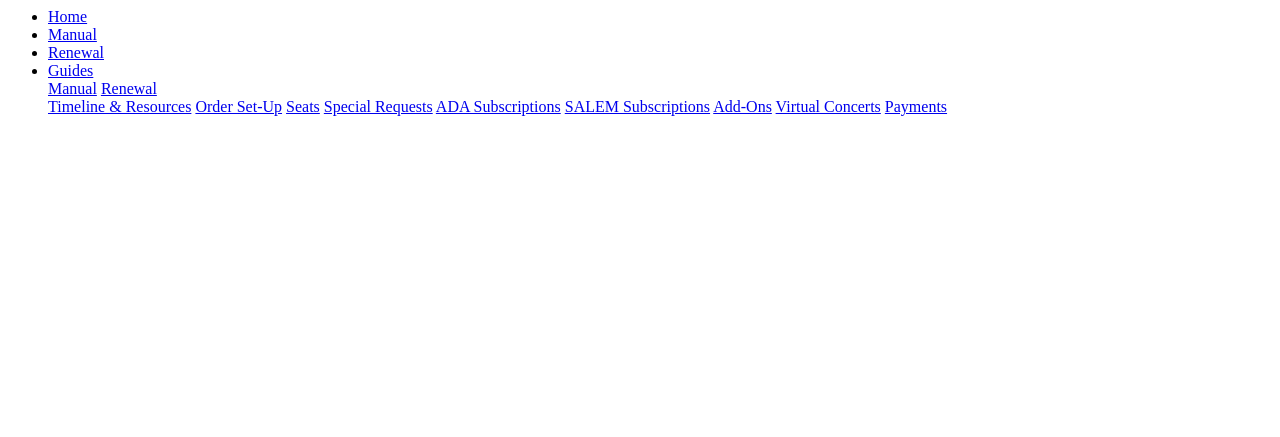
Repository: muesinga/ticketoffice-dot-info
Page: components/nav.html
These files come from the project's save history. The page is drawn as it stood at one moment and after a run of saves; the edit follows.
The browser window is 1280 px wide. The pictures show the whole page.

Above is the page before, as saved 2022-06-10 12:32:19.

### components/nav.html
<nav>
    <ul id="navlink-container">
        <li><a class="navlink" href="../index.html">Home</a></li>
        <li><a class="navlink" href="../guides/manual.html">Manual</a></li>
        <li><a class="navlink" href="../guides/renewal.html">Renewal</a></li>
        <li class="dropdown">
        <a href="javascript:void(0)" class="dropbtn">Guides</a>
            <div class="dropdown-content">
            <a href="../guides/manual.html">Manual</a>
                <a href="../guides/renewal.html" class="dropbtn">Renewal</a>
                <div class="dropdown-content">
                    <a href="#timeline" class="w3-bar-item w3-button">Timeline & Resources</a>
                    <a href="#set-up" class="w3-bar-item w3-button">Order Set-Up</a>
                    <a href="#seats" class="w3-bar-item w3-button">Seats</a>
                    <a href="#requests" class="w3-bar-item w3-button">Special Requests</a>
                    <a href="#ada-subs" class="w3-bar-item w3-button">ADA Subscriptions</a>
                    <a href="#salem-subs" class="w3-bar-item w3-button">SALEM Subscriptions</a>
                    <a href="#add-ons" class="w3-bar-item w3-button">Add-Ons</a>
                    <a href="#virtual-concerts" class="w3-bar-item w3-button">Virtual Concerts</a>
                    <a href="#payments" class="w3-bar-item w3-button">Payments</a>
                </div>
            </div>
        </div>
        </li>
    </ul>
</nav>

After the next 2 saves:
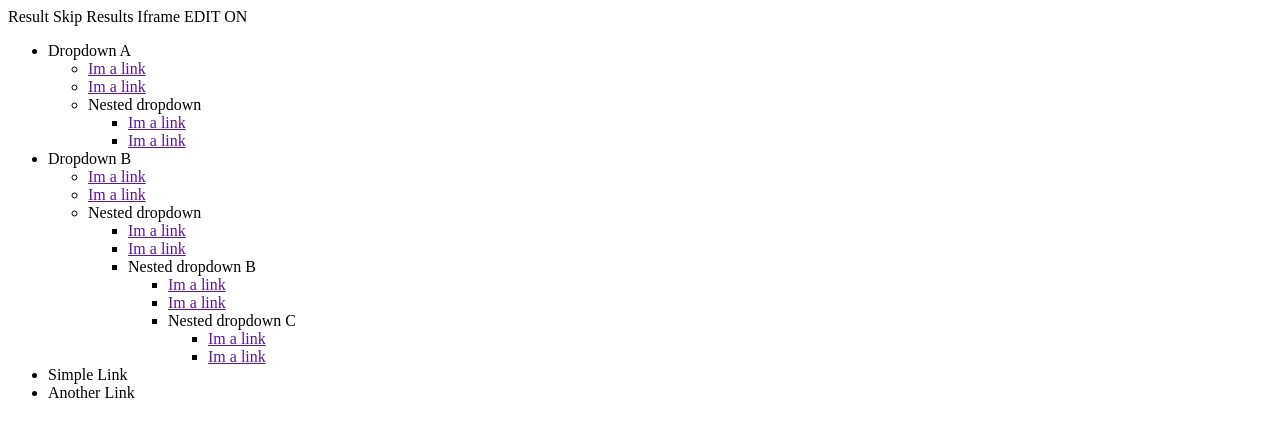
The 2 saves are shown as one change because they came seconds apart.
The last was saved 5 min 17 s later.
--- a/components/nav.html
+++ b/components/nav.html
@@ -1,4 +1,4 @@
-<nav>
+<!-- <nav>
     <ul id="navlink-container">
         <li><a class="navlink" href="../index.html">Home</a></li>
         <li><a class="navlink" href="../guides/manual.html">Manual</a></li>
@@ -23,4 +23,79 @@
         </div>
         </li>
     </ul>
-</nav>
+</nav> -->
+
+Result Skip Results Iframe
+EDIT ON
+<div class="menu">
+   <ul>
+     <li>
+       Dropdown A
+       <ul>
+         <li class="link">
+           <a href="">Im a link</a>
+         </li>
+         <li class="link">
+           <a href="">Im a link</a>
+         </li>
+         <li>
+           Nested dropdown
+           <ul>
+             <li class="link">
+               <a href="">Im a link</a>
+             </li>
+             <li class="link">
+               <a href="">Im a link</a>
+             </li>
+           </ul>
+         </li>
+       </ul>
+     </li>
+     <li>
+       Dropdown B
+       <ul>
+         <li class="link">
+           <a href="">Im a link</a>
+         </li>
+         <li class="link">
+           <a href="">Im a link</a>
+         </li>
+         <li>
+           Nested dropdown
+           <ul>
+             <li class="link">
+               <a href="">Im a link</a>
+             </li>
+             <li class="link">
+               <a href="">Im a link</a>
+             </li>
+             <li>
+                Nested dropdown B
+                 <ul>
+                   <li class="link">
+                     <a href="">Im a link</a>
+                   </li>
+                   <li class="link">
+                     <a href="">Im a link</a>
+                   </li>
+                   <li>
+                     Nested dropdown C
+                     <ul>
+                       <li class="link">
+                         <a href="">Im a link</a>
+                       </li>
+                       <li class="link">
+                         <a href="">Im a link</a>
+                       </li>
+                     </ul>
+                   </li>
+                 </ul>
+               </li>
+           </ul>
+         </li>
+       </ul>
+     </li>
+     <li class="link">Simple Link</li>
+     <li class="link">Another Link</li>
+   </ul>
+</div>
